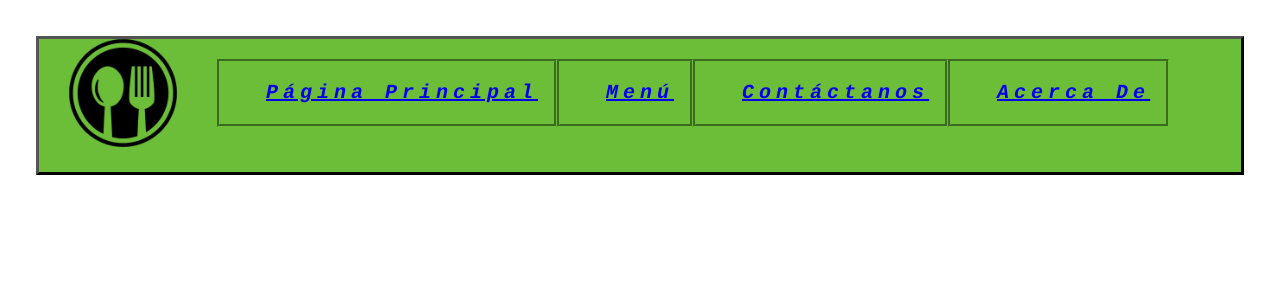
Repository: UVMCoyoacan/eq06_sitio1
Page: index.html
An editor plug-in stored every save of this project. The page is shown before and after the next save, followed by the edit.
The browser window is 1280 px wide. The pictures show the whole page.

Above is the page before, as saved 2024-03-07 10:24:45.

After the next save:
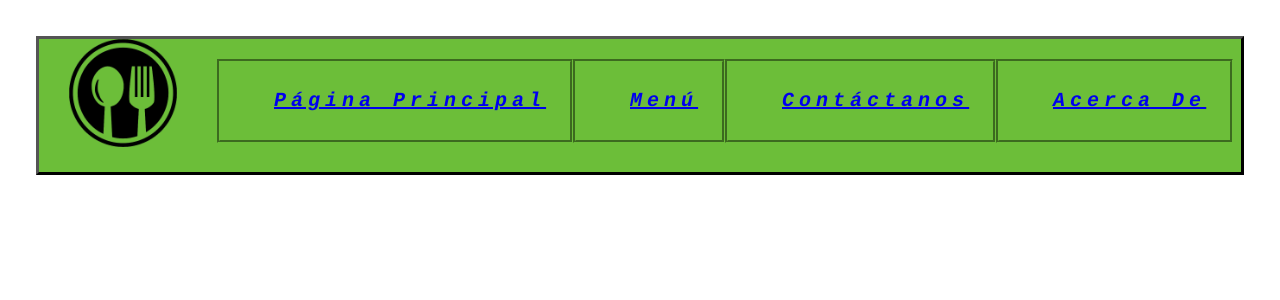
Saved 9 s later.
--- a/Carpeta estilos/estilo1.css
+++ b/Carpeta estilos/estilo1.css
@@ -43,7 +43,7 @@ li {
   text-indent:30px;
   border-style:groove;
   border-color: #6cbe39;
-  padding: 8px;
+  padding: 16px;
 }
 
 
